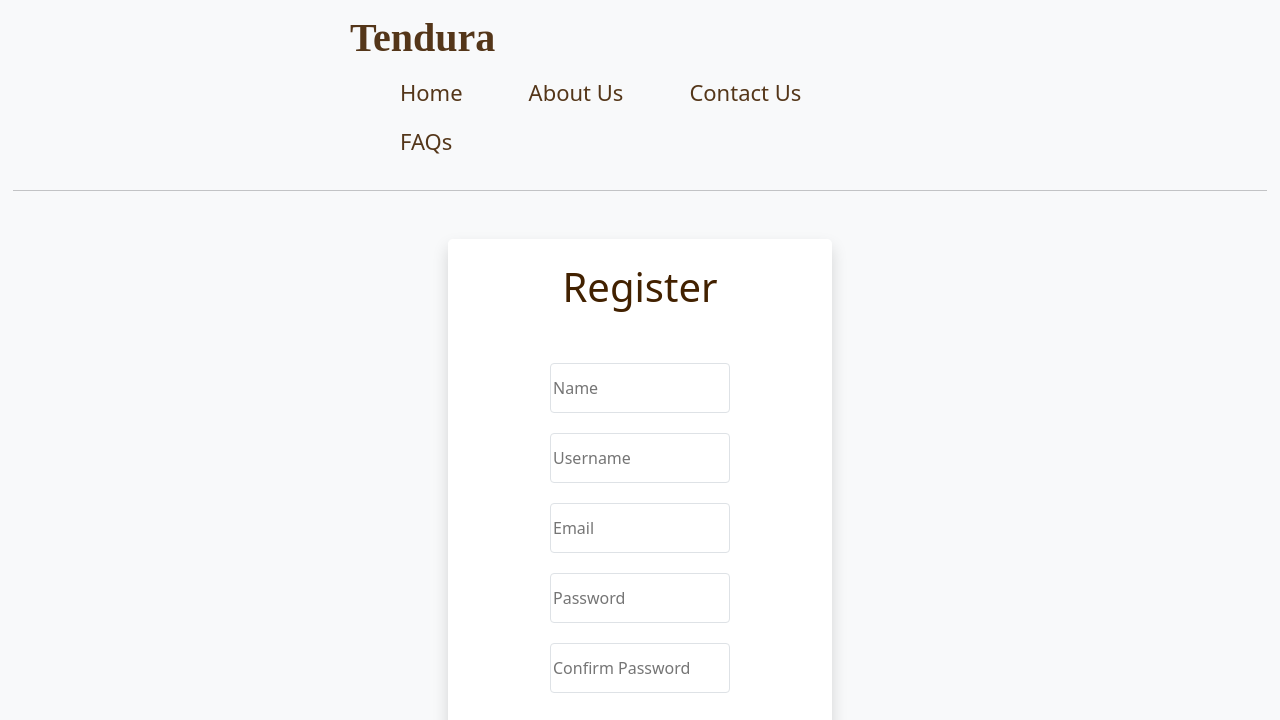
Repository: Starboy117/OOP-Project
Page: http://localhost/Online_Hotel_Reservation_System/Register.jsp
These files come from the project's save history. The page is drawn as it stood at one moment and after the next save; the edit follows.
The browser window is 1280 px wide. The pictures show the whole page.
An inner scrolling area shows only its first screen. The page is served by Tomcat 9.

Above is the page before, as saved 2025-05-05 11:25:50.

After the next save:
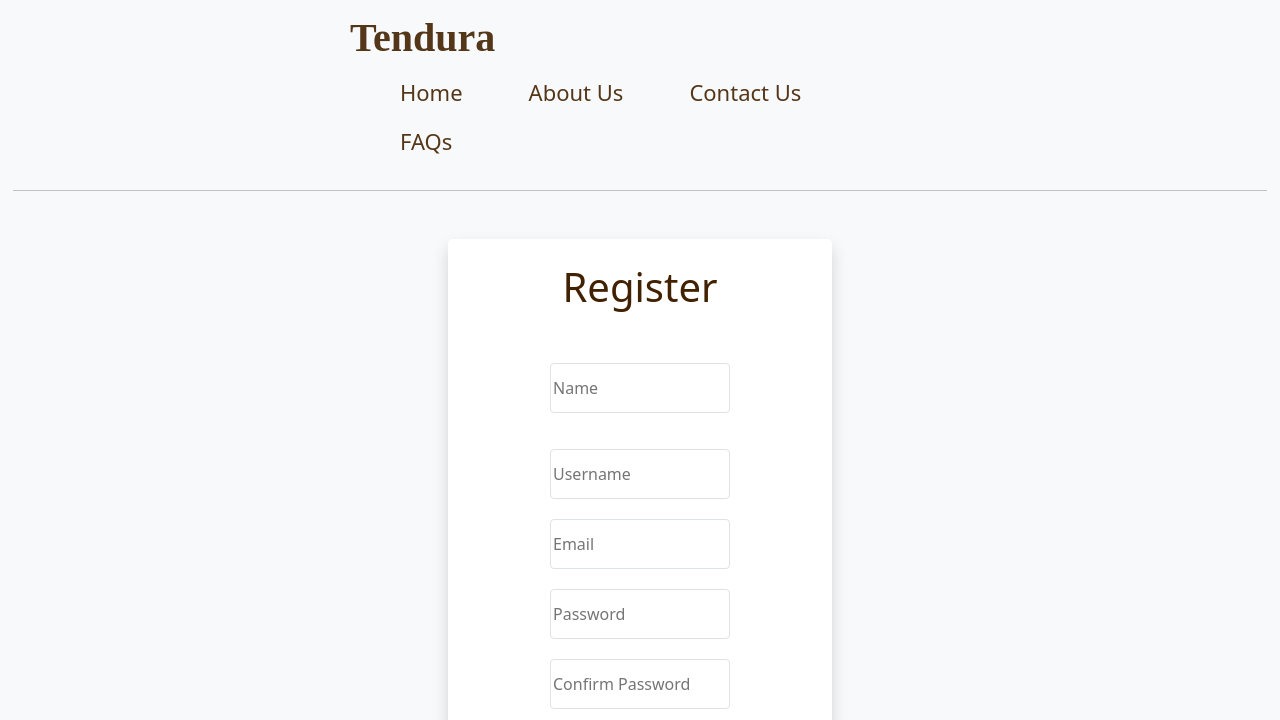
Saved 4 min 49 s later.
--- a/Online_Hotel_Reservation_System/src/main/webapp/Register.jsp
+++ b/Online_Hotel_Reservation_System/src/main/webapp/Register.jsp
@@ -48,6 +48,7 @@
 			<% } %>
             <div>
                 <input class="input1 border rounded" type="text" placeholder="Name" name="name" id="name"><br>
+                <p id="msg1" style="color:red;"></p>
                 <input class="input1 border rounded" type="text" placeholder="Username" name="uname" id="uname"><br>
                 <input class="input1 border rounded" type="email" placeholder="Email" name="email" id="email"><br>
                 <input class="input1 border rounded" type="text" placeholder="Password" name="password" id="password"><br>
